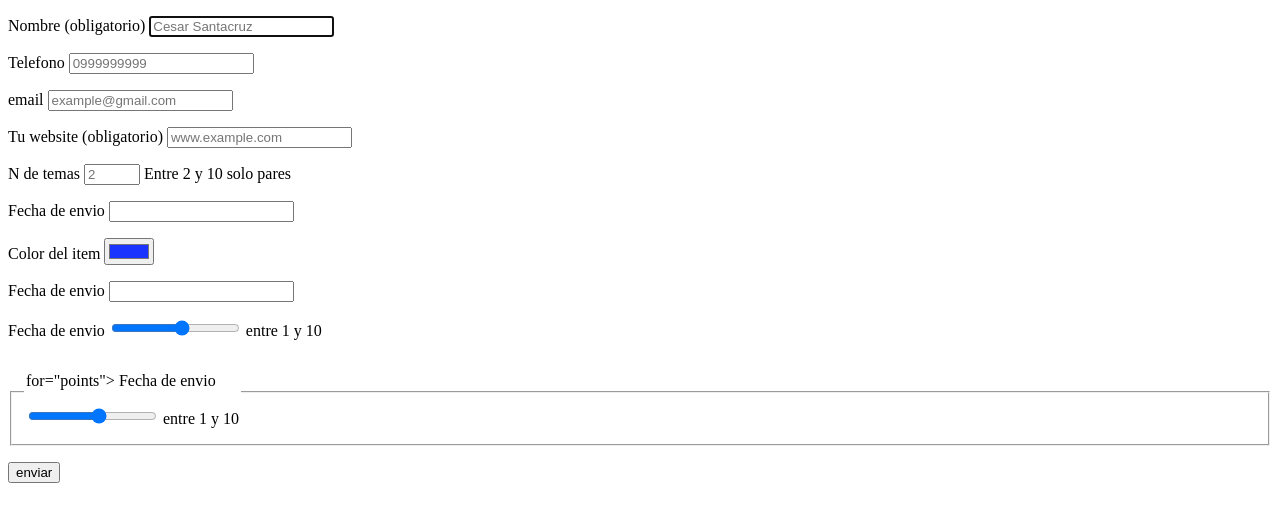
Repository: cesarsant0203/My_Study
Page: Introducción al desarrollo web/formulario.html
An editor plug-in stored every save of this project. The page is shown before and after the next save, followed by the edit.
The browser window is 1280 px wide. The pictures show the whole page.

Above is the page before, as saved 2020-04-27 19:47:53.

After the next save:
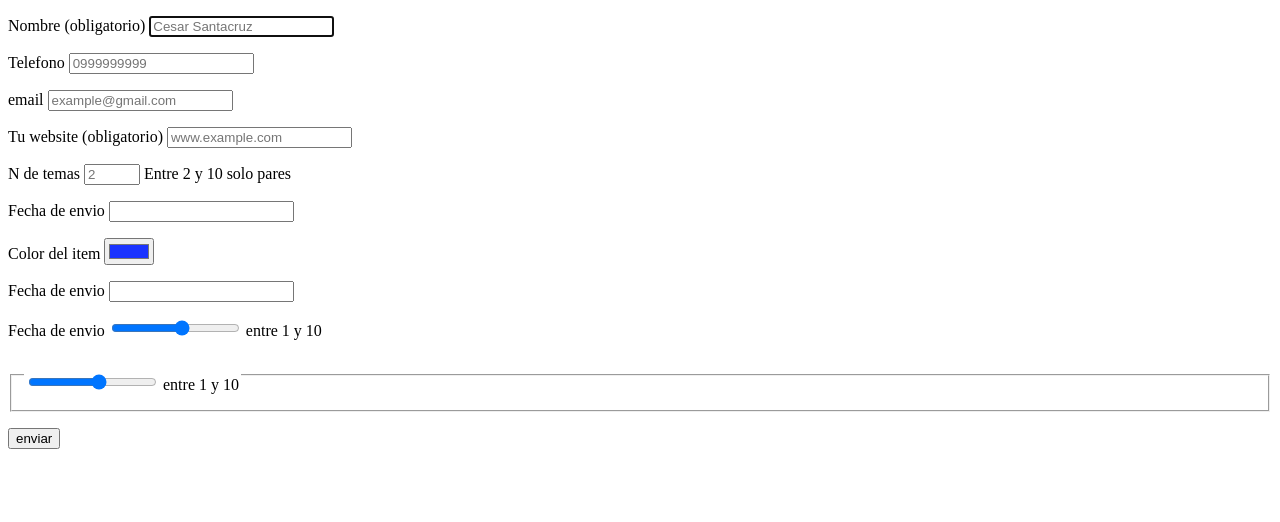
Saved 6 s later.
--- a/Introducción al desarrollo web/formulario.html
+++ b/Introducción al desarrollo web/formulario.html
@@ -67,7 +67,7 @@
         <p>
         <fieldset>
             <legend>
-                <p><label></label> for="points"> Fecha de envio</label></p>
+                <p><label></label></p>
                 <input type="range" name="points" id="points" min="1" max="10"> entre 1 y 10
                 </legend>
         </fieldset>
